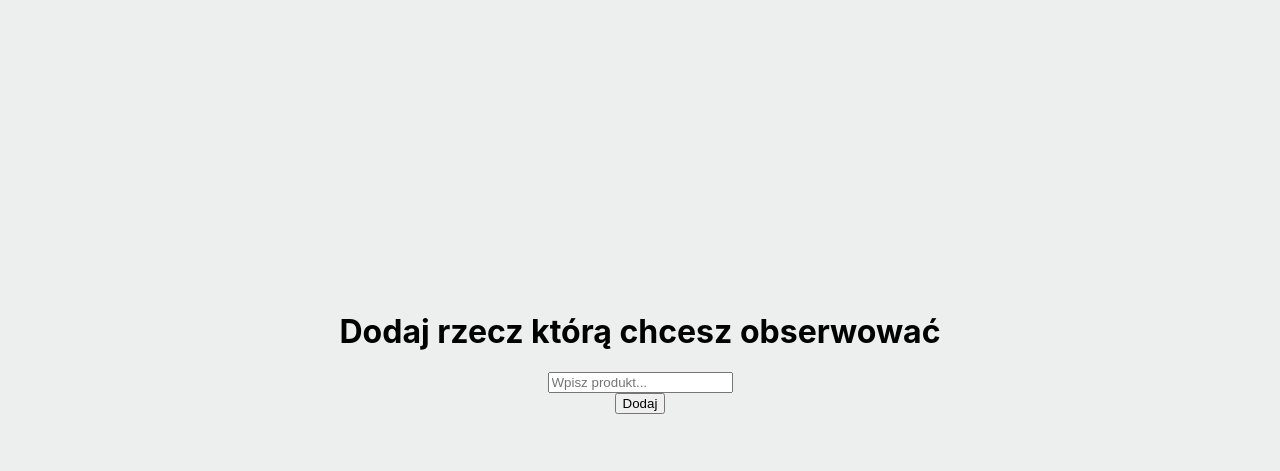
Repository: matedoo/crawler
Page: /MainApp
The author's editor kept a copy of each file at every save. The page is drawn from the files as they stood at one save, then again after the next save.
The browser window is 1280 px wide. The pictures show the whole page.
The project was rebuilt for these pictures with package versions that can differ from the ones it lists, and the page was loaded fresh each time. Requests to the local data server were answered from the project's data file. Also part of the build but not shown: src/Components/button.js, src/Components/LoginComponents/LoginApp.js, src/Components/LoginComponents/RegisterApp.js, src/Components/btnContainer.js, src/Components/heading.js, src/Components/LoginComponents/StartApp.js, src/Components/MainApp/MainAppElement.js.

Above is the page before, as saved 2020-04-26 20:39:21.

### public/index.html
<!DOCTYPE html>
<html lang="en">
  <head>
    <meta charset="utf-8" />
    <link rel="icon" href="%PUBLIC_URL%/favicon.ico" />
    <meta name="viewport" content="width=device-width, initial-scale=1" />
    <meta name="theme-color" content="#000000" />
    <meta
      name="description"
      content="Web site created using create-react-app"
    />
    <link rel="apple-touch-icon" href="%PUBLIC_URL%/logo192.png" />
    <!--
      manifest.json provides metadata used when your web app is installed on a
      user's mobile device or desktop. See https://developers.google.com/web/fundamentals/web-app-manifest/
    -->
    <link rel="manifest" href="%PUBLIC_URL%/manifest.json" />
    <!--
      Notice the use of %PUBLIC_URL% in the tags above.
      It will be replaced with the URL of the `public` folder during the build.
      Only files inside the `public` folder can be referenced from the HTML.

      Unlike "/favicon.ico" or "favicon.ico", "%PUBLIC_URL%/favicon.ico" will
      work correctly both with client-side routing and a non-root public URL.
      Learn how to configure a non-root public URL by running `npm run build`.
    -->
    <title>Racoon</title>
  </head>
  <body>
    <noscript>You need to enable JavaScript to run this app.</noscript>
    <div id="root"></div>

  </body>
</html>

### src/App.js
import React from 'react';
import LoginApp from './Components/LoginComponents/LoginApp'
import RegisterApp from './Components/LoginComponents/RegisterApp'
import StartApp from './Components/LoginComponents/StartApp'
import MainApp from './Components/MainApp/MainApp'
import {BrowserRouter as Router, Switch, Route} from 'react-router-dom'




class App extends React.Component {

  render(){
    return (
      <Router>
        <Switch>
          <Route path='/' exact component={StartApp}></Route>
          <Route path='/LoginApp' component={LoginApp}></Route>
          <Route path='/RegisterApp' component={RegisterApp}></Route>
          <Route path='/MainApp' component={MainApp}></Route>
        </Switch>
      </Router>
    );
  }
}



export default App;

### src/Components/MainApp/MainApp.js
import React, { useState, useEffect } from 'react';
import styled from 'styled-components';
import MainAppElement from './MainAppElement'


//http://localhost:4000/items

function MainApp(props) {
  const [elementsListState, setElementsListState] = useState({ elementsList: [], inputValue: '', error: ''})

  const [fetchedData, setFetchedData] = useState({title: '', id: 0})
  const [dataError, setDataError] = useState(null)
  const [apiItems, setApiItems] = useState('items')
  const [isLoading, setIsLoading] = useState(true)

  useEffect(() => {
    const myFetch = async () => {
      setIsLoading(true)

      try {
        const response = await fetch(`http://localhost:4000/${apiItems}`)
        const responseParsed = await response.json()
        // console.log(responseParsed[0]);

        setIsLoading(false)
        setFetchedData(responseParsed)


        // elementsListState.push(responseParsed)
      } catch(dataError){
        setIsLoading(false)
        setDataError(dataError)
      }

    }
    myFetch()
  }, [apiItems])
  console.log(fetchedData);




  if(isLoading){
    return <p>Loading...</p>
  }
  if(dataError){
    return <p>Error...</p>
  }

  const handleInputChange = (event) => {
    const { value } = event.target
    setElementsListState({
      ...elementsListState,
      inputValue: value
    })

  }
  const handleButtonClick = () => {
    const { elementsList } = elementsListState;

    if(!inputValue) return;

    if(elementsList.some(element => element === inputValue)){
      setElementsListState({
        ...elementsListState,
        error: 'Ten produkt już istnieje',
        inputValue: '',
      })
      return;
    }
    setElementsListState({
      error: '',
      elementsList: [...elementsList, inputValue],
      inputValue: ''
    })
  }

  const handleElementRemove = (elementValue) => {
    setElementsListState({
      ...elementsListState,
      elementsList: elementsList.filter(element => element !== elementValue)
    })
  }
  const { error, elementsList, inputValue} = elementsListState;
    return (
      <LoginAppStyled>
        <h1>Dodaj rzecz którą chcesz obserwować</h1>
        {elementsList.map((element) => (
          <MainAppElement
            key={element}
            element={element}
            handleCloseClick={handleElementRemove}
          />
        ))}
        <input
          name='listelemt'
          placeholder='Wpisz produkt...'
          value={inputValue}
          onChange={handleInputChange}
        />
        <button onClick={handleButtonClick}>Dodaj</button>
        {!!error && <p>{error}</p>}
        <div>
        <ul>
        {fetchedData.title}
        </ul>
        </div>
      </LoginAppStyled>
    );

}

export default MainApp;



const LoginAppStyled = styled.div`
   background-color: #edeeee;
   margin: 0;
   padding:0;
   height: 100vh;
   width: 100%;
   display: flex;
   align-items: center;
   justify-content: center;
   flex-direction: column;
`

### db.json
{
  "items": [
    {
      "title": "Lagavulin 16",
      "id": 1
    },
    {
      "title": "ardbeg",
      "id": 3
    },
    {
      "title": "qwe",
      "id": 4
    }
  ]
}

Loaded but not shown: src/index.js (common file); src/styles/index.css (common file); src/serviceWorker.js (common file)

After the next save:
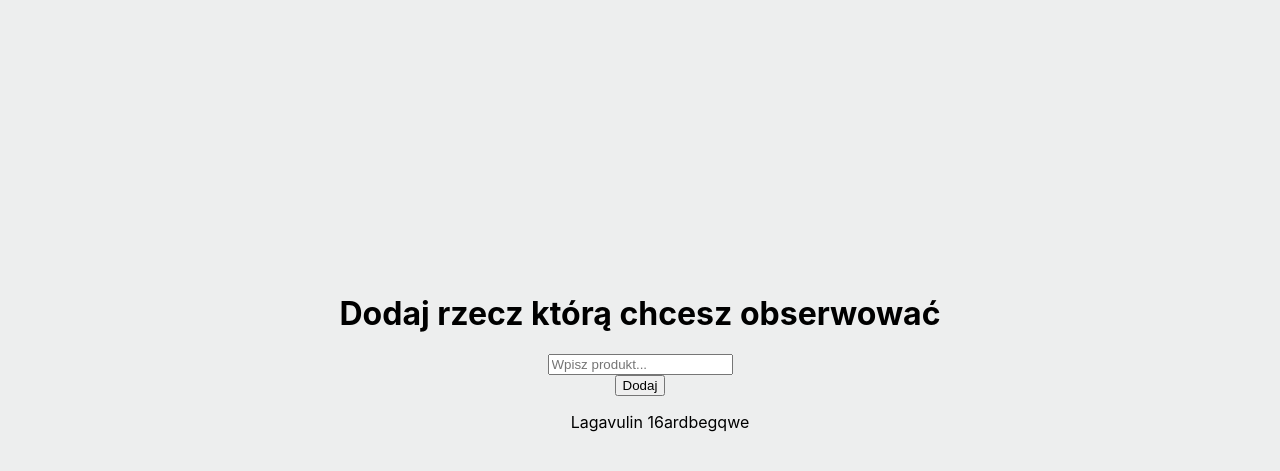
Saved 17 min 44 s later.
--- a/src/Components/MainApp/MainApp.js
+++ b/src/Components/MainApp/MainApp.js
@@ -23,7 +23,10 @@ function MainApp(props) {
         // console.log(responseParsed[0]);
 
         setIsLoading(false)
-        setFetchedData(responseParsed)
+        setFetchedData({
+          title: responseParsed.map(element => element.title),
+          id: responseParsed.map(element => element.id)
+        })
 
 
         // elementsListState.push(responseParsed)
